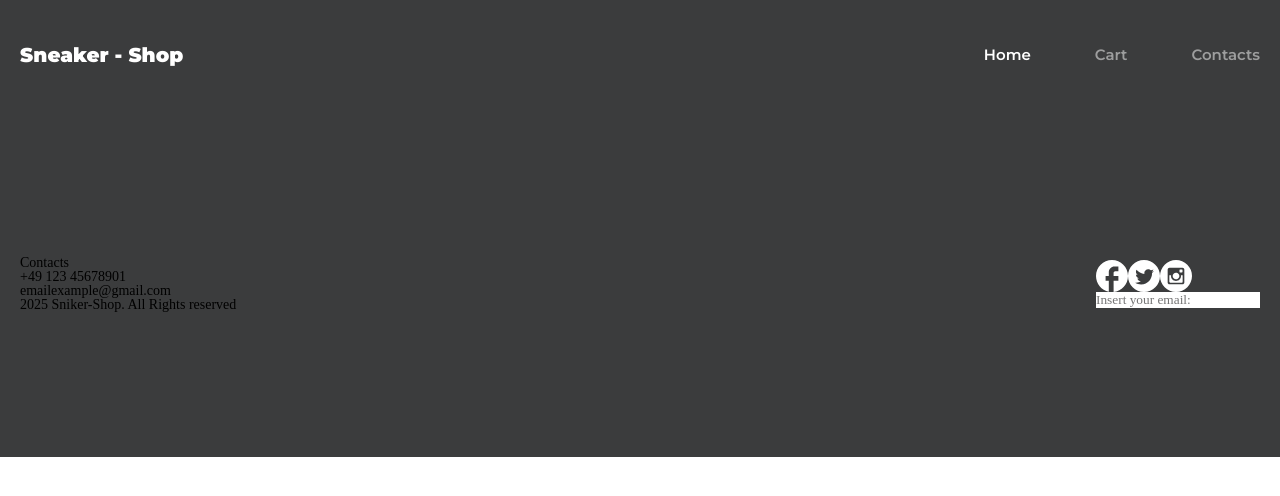
Repository: IstratiiNik/sneaker-shop
Page: /
An editor plug-in stored every save of this project. The page is shown before and after a run of saves, followed by the edit.
The browser window is 1280 px wide. The pictures show the whole page.
The project was rebuilt for these pictures with package versions that can differ from the ones it lists, and the page was loaded fresh each time. Also part of the build but not shown: vite.config.js.

Above is the page before, as saved 2025-07-01 14:01:42.

After the next 3 saves:
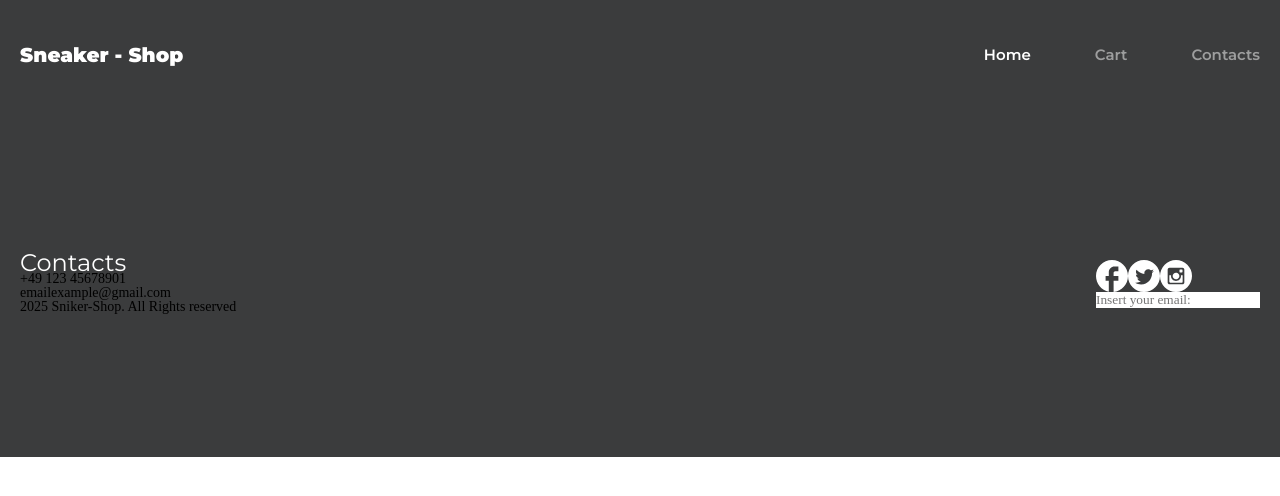
The 3 saves are shown as one change because they came seconds apart.
The last was saved 7 s later.
--- a/src/components/Footer/Footer.jsx
+++ b/src/components/Footer/Footer.jsx
@@ -9,7 +9,7 @@ const Footer = () => {
     <footer className={styles.footer}>
       <div className={styles.container}>
         <div className={styles.footerLeft}>
-          <p>Contacts</p>
+          <h3>Contacts</h3>
           <div>
             <p>+49 123 45678901</p>
             <p>emailexample@gmail.com</p>
